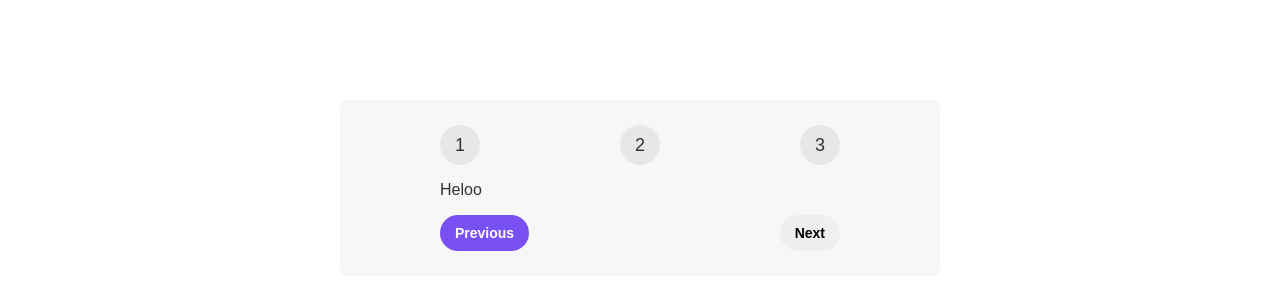
Repository: ahmedharidy/State-React-Practice
Page: /
An editor plug-in stored every save of this project. The page is shown before and after the next save, followed by the edit.
The browser window is 1280 px wide. The pictures show the whole page.
The project was rebuilt for these pictures with package versions that can differ from the ones it lists, and the page was loaded fresh each time.

Above is the page before, as saved 2026-09-25 11:09:49.

After the next save:
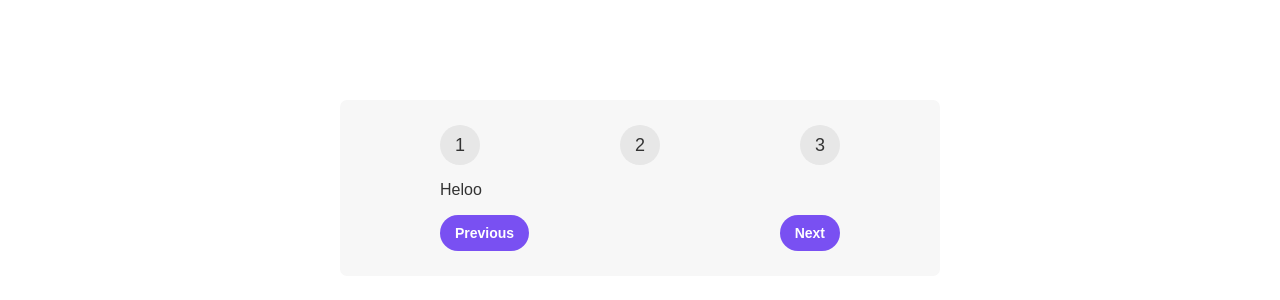
Saved 22 s later.
--- a/src/App.js
+++ b/src/App.js
@@ -13,7 +13,9 @@ export default function App() {
         <button style={{ backgroundColor: "#7950f2", color: "#fff" }}>
           Previous
         </button>
-        <button>Next</button>
+        <button style={{ backgroundColor: "#7950f2", color: "#fff" }}>
+          Next
+        </button>
       </div>
     </div>
   );
